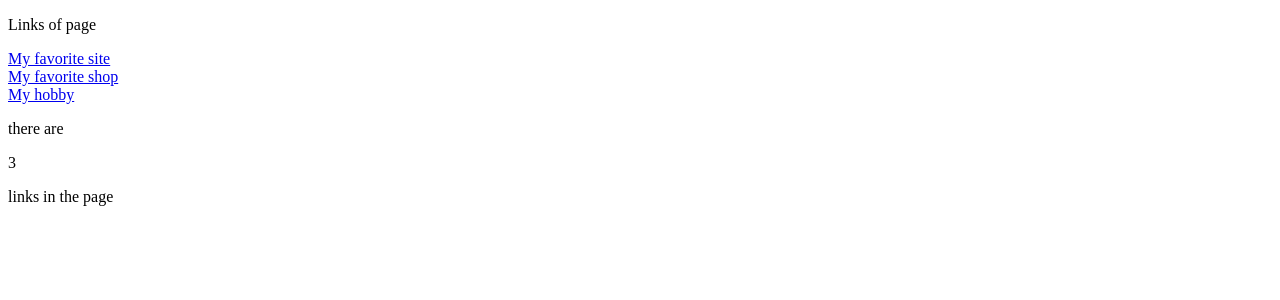
Repository: VladimirJetchev/JavaScriptHomework
Page: HomeworkJS/JSTask2/Task2.html
An editor plug-in stored every save of this project. The page is shown before and after the next save, followed by the edit.
The browser window is 1280 px wide. The pictures show the whole page.

Above is the page before, as saved 2016-01-11 12:14:51.

### HomeworkJS/JSTask2/Task2.html
<!DOCTYPE html>
<html lang="en">
<head>
	<meta charset="UTF-8">
	<title>Links</title>
</head>
<body>
	<div>
		<p class="Link">Links of page</p>
		<div>
			<a href="http://www.imdb.com/" >My favorite site</a>
		</div>
		<div>
			<a href="http://olx.bg/" >My favorite shop</a>
		</div>
		<div>
			<a href="https://bg.wikipedia.org/wiki/%D0%A1%D1%82%D1%80%D0%B0%D0%B9%D0%BA%D0%B1%D0%BE%D0%BB" >My hobby</a>
		</div>
	</div>

	<p> there are </p>
	<script>
		document.write(document.getElementsByTagName('a').length);
	</script>
	 <p>links in the page</p>
</body>
</html>

After the next save:
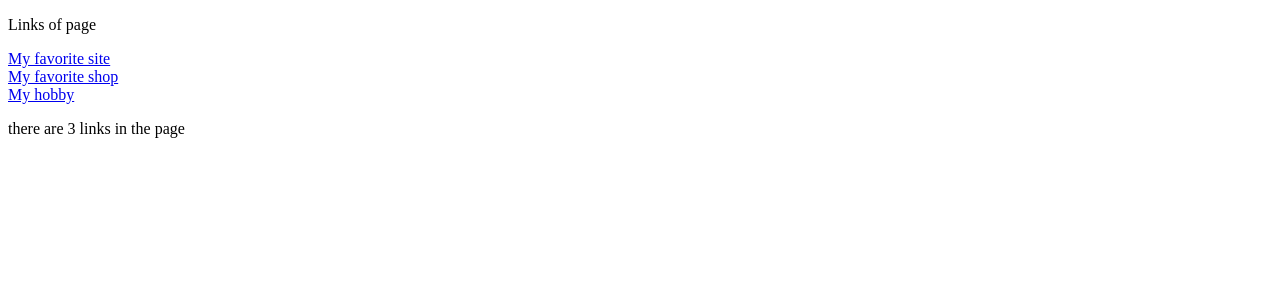
Saved 3 min 6 s later.
--- a/HomeworkJS/JSTask2/Task2.html
+++ b/HomeworkJS/JSTask2/Task2.html
@@ -18,10 +18,10 @@
 		</div>
 	</div>
 
-	<p> there are </p>
+	<p> there are
 	<script>
 		document.write(document.getElementsByTagName('a').length);
 	</script>
-	 <p>links in the page</p>
+	links in the page</p>
 </body>
 </html>
